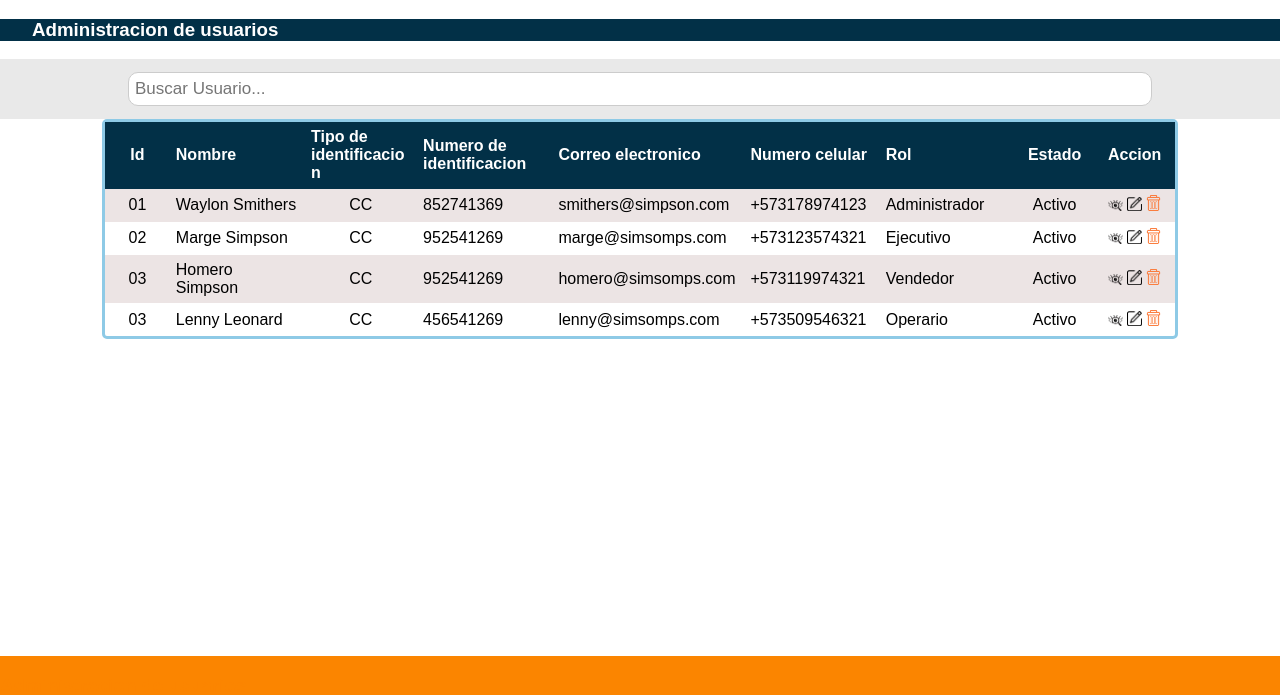
Repository: AlexanderBarona/Proyecto_Ciclo3_Mintic
Page: PaginaWeb/pages/admin_user.html
These files come from the project's save history. The page is drawn as it stood at one moment and after the next save; the edit follows.
The browser window is 1280 px wide. The pictures show the whole page.

Above is the page before, as saved 2021-09-30 14:55:14.

### PaginaWeb/pages/admin_user.html
<!DOCTYPE html>
<html>

   <head>
      <title>Administracion de Usuarios</title>
      <link href="../css/style.css" rel="stylesheet" type="text/css">
      <link href="../css/admin_user.css" rel="stylesheet" type="text/css">
   </head>
   <body class="admin_user">
      <header>
         <h3>Administracion de usuarios</h3>
      </header>
      <main>
        <div class="TopBar">
            <div class="Search ">
                <input type="text" placeholder="Buscar Usuario...">
            </div>

        </div>

        <div class="table_principal">
            <table class="table_entity">

              <tbody class="table_body" >

                  <tr class="table_header" >

                    <td class="table_cell center">Id</td>
                    <td class="table_cell">Nombre</td>
                    <td class="table_cell">Tipo de identificacion</td>
                    <td class="table_cell">Numero de identificacion</td>
                    <td class="table_cell">Correo electronico</td>
                    <td class="table_cell">Numero celular</td>
                    <td class="table_cell">Rol</td>
                    <td class="table_cell center">Estado</td>
                    <td class="table_cell center">Accion</td>

                  </tr>

                  <tr >
                    <td class="table_cell center">01</td>
                    <td class="table_cell">Waylon Smithers</td>
                    <td class="table_cell center">CC</td>
                    <td class="table_cell">852741369</td>
                    <td class="table_cell">smithers@simpson.com</td>
                    <td class="table_cell">+573178974123</td>
                    <td class="table_cell">Administrador</td>
                    <td class="table_cell center">Activo</td>
                    <td class="table_cell center">
                      <div class="icon_container">
                        <nav>
                          <a href="icon_table">
                            <img class="icon_cell" src="../images/IconRead.ico">
                          </a>
                          <a href="icon_table">
                            <img class="icon_cell" src="../images/IconUpdate.ico">
                          </a>
                          <a href="icon_table">
                            <img class="icon_cell" src="../images/IconDelete.ico">
                          </a>
                        </nav>
                    </div>

                    </td>
                  </tr>

                <tr >
                  <td class="table_cell center">02</td>
                  <td class="table_cell">Marge Simpson</td>
                  <td class="table_cell center">CC</td>
                  <td class="table_cell">952541269</td>
                  <td class="table_cell">marge@simsomps.com</td>
                  <td class="table_cell">+573123574321</td>
                  <td class="table_cell">Ejecutivo</td>
                  <td class="table_cell center">Activo</td>
                  <td class="table_cell center">
                    <div class="icon_container ">
                      <nav>
                        <a href="icon_table">
                          <img class="icon_cell" src="../images/IconRead.ico">
                        </a>
                        <a href="icon_table">
                          <img class="icon_cell" src="../images/IconUpdate.ico">
                        </a>
                        <a href="icon_table">
                          <img class="icon_cell" src="../images/IconDelete.ico">
                        </a>
                      </nav>
                  </div>
                  </td>
                </tr>

                <tr >
                    <td class="table_cell center">03</td>
                    <td class="table_cell">Homero Simpson</td>
                    <td class="table_cell center">CC</td>
                    <td class="table_cell">952541269</td>
                    <td class="table_cell">homero@simsomps.com</td>
                    <td class="table_cell">+573119974321</td>
                    <td class="table_cell">Vendedor</td>
                    <td class="table_cell center">Activo</td>
                    <td class="table_cell center">

                                    <div class="icon_container">
                                        <nav>
                                          <a href="icon_table">
                                            <img class="icon_cell" src="../images/IconRead.ico">
                                          </a>
                                          <a href="icon_table">
                                            <img class="icon_cell" src="../images/IconUpdate.ico">
                                          </a>
                                          <a href="icon_table">
                                            <img class="icon_cell" src="../images/IconDelete.ico">
                                          </a>
                                        </nav>
                                    </div>


                    </td>
                </tr>
                <tr >
                    <td class="table_cell center">03</td>
                    <td class="table_cell">Lenny Leonard</td>
                    <td class="table_cell center">CC</td>
                    <td class="table_cell">456541269</td>
                    <td class="table_cell">lenny@simsomps.com</td>
                    <td class="table_cell">+573509546321</td>
                    <td class="table_cell">Operario</td>
                    <td class="table_cell center">Activo</td>
                    <td class="table_cell center">
                      <div class="icon_container">
                        <nav>
                          <a href="icon_table">
                            <img class="icon_cell" src="../images/IconRead.ico">
                          </a>
                          <a href="icon_table">
                            <img class="icon_cell" src="../images/IconUpdate.ico">
                          </a>
                          <a href="icon_table">
                            <img class="icon_cell" src="../images/IconDelete.ico">
                          </a>
                        </nav>
                    </div>
                    </td>
                </tr>
              </tbody>
            </table>
        </div>
      </main>
      <footer>
        <div>
          <h3>Administracion de usuarios</h3>
          <h3>Administracion de usuarios</h3>
          <h3>Administracion de usuarios</h3>
        </div>
      </footer>
   </body>
</html>

### PaginaWeb/css/style.css
* {
  box-sizing: border-box;
}

body {
  margin: 0;
  font-family: Arial, Helvetica, sans-serif;
}
header {
  background-color: #023047;
  color:  white;
  padding-left:2em ;

}

footer{
  background-color: #FB8500;
  color:  #FB8500;
  position:fixed;
  left:0px;
  bottom:0px;
  height:4em;
  width:100%;
}

### PaginaWeb/css/admin_user.css
/* css barra busqueda*/
@media screen and (max-width: 600px) {
  .Search a,
  .Search input[type="text"] {

    display: block;
    text-align: left;
    width: 100%;
    margin: 0 auto;
    padding: 14px;
    align-items: center;
  }
}

.admin_user .Search {
   overflow: hidden;
   background-color: #e9e9e9;
   display: block;
   width: 100%;
   text-align: center;
  }

.Search a {

    display: block;
    color: black;
    text-align: center;
    padding: 14px 16px;
    text-decoration: none;
    font-size: 17px;
  }

  .Search a:hover {
    background-color: #ddd;
    color: black;
  }

  .Search a.active {
    background-color: #9dcaf0;
    color: white;
  }

  .Search input[type="text"] {
    float: center;
    border-radius: 10px;
    border: 1px solid rgb(174, 204, 218);
    padding: 6px;
    margin-top: 1%;
    margin-right: 2%;
    margin-left: 2%;
    margin-bottom: 1%;
    font-size: 17px;
    width: 80%;
  }
  .Search input[type="text"] {
    border: 1px solid #ccc;
  }

 /* css tabla*/

  .table_entity {
    table-layout: fixed;
    width: 84%;
    margin: 0 auto;
    border-collapse: separate;
    border-spacing: 0px;
    border-radius: 5px;
    border: 3px solid #8ECAE6;

  }

  .table_entity td:first-child {
    width: 4em;
  }
  .table_entity td:nth-child(3) {
    width: 7em;
  }
  .table_entity td:nth-child(5) {
    width: 12em;
  }
  .table_entity td:nth-child(8) {
    width: 5em;

  }
  .table_entity td:nth-child(9) {
    width: 5em;
  }




  .table_header {
    background-color: #023047;
    color: #fff;
    font-weight:bold;
  }

  .table_entity tr:nth-child(even) {
  background-color: #ece4e4;
}

.table_entity .center {
  text-align: center;
}
/* css tabla perfiles*/
.table_entity2 {
  table-layout: fixed;
  width: 84%;
  margin: 0 auto;
  border-collapse: separate;
  border-spacing: 0px;
  border-radius: 5px;
  border: 3px solid #8ECAE6;

}

.table_entity2 td:first-child {
  width: 4em;
}

.table_entity2 td:nth-child(2) {
  width: 16em;
}


.table_entity2 td:nth-child(6) {
  width: 4.8em;

}


.table_entity2 tr:nth-child(even) {
background-color: #ece4e4;
}

.table_entity2 .center {
  text-align: center;
}

  th, td {

      word-wrap: break-word;
      padding: 0.4em;
      margin: 0em;
  }
  /* iconos */
  .icon_cell {

    height: 28%;
    width: 22%;
    margin: 0 auto 0 0;


}

.icon_container a , .icon_container a:visited {


  text-decoration: none;

}
/* css checkbox */

.checkbox_container input[type="checkbox"]  {
  content: "";
  width: 2em;
  height: 2em;
  border: 4px solid #bf810f;
  float: left;
  margin: 0 auto 0 0;
  border-right: 0;
  border-top: 0;


}
.checkbox_container input[type="checkbox"]:checked   {
  content: "";
  width: 2.2em;
  height: 2.2em;
  border: 4px solid #bf810f;
  color: #bf810f;
  background-color:#bf810f ;
  float: left;
  margin: 0 auto 0 0;
  border-right: 0;
  border-top: 0;

}

After the next save:
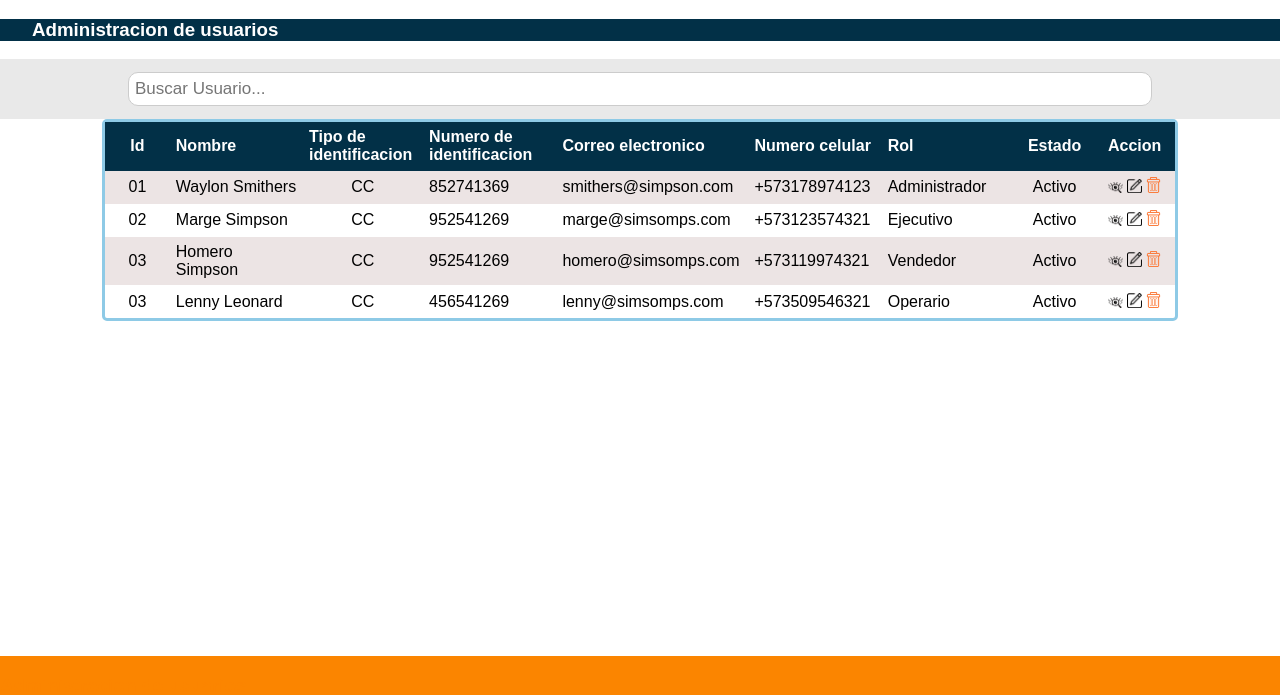
Saved 93 s later.
--- a/PaginaWeb/css/admin_user.css
+++ b/PaginaWeb/css/admin_user.css
@@ -73,7 +73,7 @@
     width: 4em;
   }
   .table_entity td:nth-child(3) {
-    width: 7em;
+    width: 7.5em;
   }
   .table_entity td:nth-child(5) {
     width: 12em;
